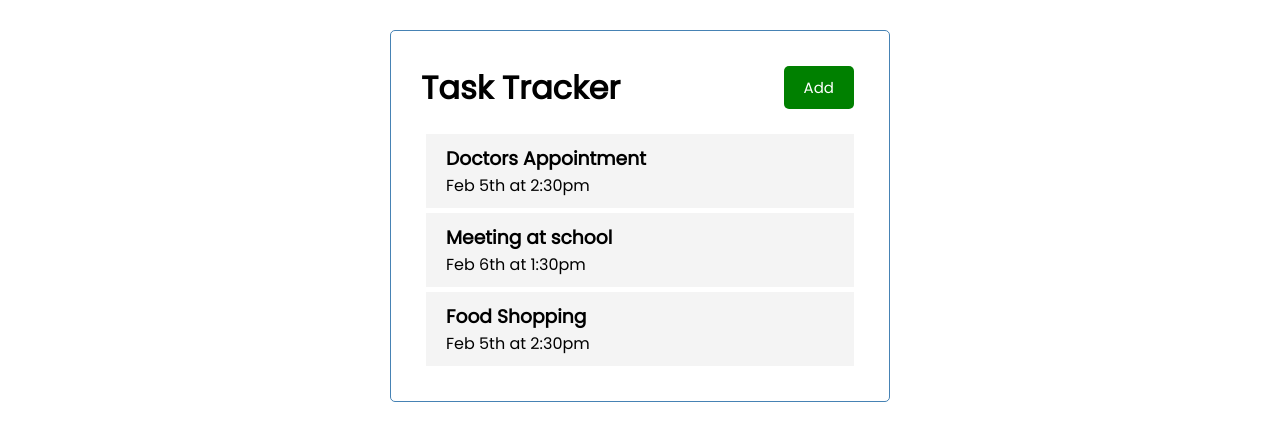
Repository: solutionsforeverything/React-task-tracker
Page: /
The author's editor kept a copy of each file at every save. The page is drawn from the files as they stood at one save, then again after a run of saves.
The browser window is 1280 px wide. The pictures show the whole page.
The project was rebuilt for these pictures with package versions that can differ from the ones it lists, and the page was loaded fresh each time.

Above is the page before, as saved 2021-02-25 16:19:41.

### src/App.js
import React from 'react';
import {useState} from 'react';
import Header from './Components/Header';
import Tasks from './Components/Tasks';
function App() {

  const [tasks,setTasks]=useState([
    {
       id:1,
       text:'Doctors Appointment',
       day:'Feb 5th at 2:30pm',
       reminder:true,
    },
    {
        id:2,
        text:'Meeting at school',
        day:'Feb 6th at 1:30pm',
        reminder:true,
     },
     {
        id:3,
        text:'Food Shopping',
        day:'Feb 5th at 2:30pm',
        reminder:false,
     },
]);

  return (
    <div className="container">
      <Header title='Task Tracker'/>
      <Tasks tasks={tasks}/>
    </div>
  );
}

export default App;

### src/Components/Header.js
import PropTypes from 'prop-types';
import Button from './Button';

const Header = ({title}) => {

    const onClick=()=>
    {
        console.log('clicked');
    }
    return (
        <header className="header">
            <h1>{title}</h1>
            <Button color="green" text="Add" onClick={onClick}/>

        </header>
     );
}

Header.defaultProps = {
    title: 'Task Tracker'
  };


Header.propTypes={
title:PropTypes.string.isRequired,
}

//const headerStyle={color:'red', backgroundColor:'yellow'};
export default Header;

### src/Components/Tasks.js
import Task from "./Task";
const Tasks = ({tasks}) => {

    return (
        <>
            {
                tasks.map((task)=>(
                    <Task key={task.id} task={task} />
                ))
            }
        </>
    )
}

export default Tasks

### src/Components/Button.js
import PropTypes from 'prop-types'

const Button = ({color,text,onClick}) => {
    return (
    <button onClick={onClick} style={{backgroundColor:color}}className="btn">{text}</button>
    );
}
Button.defaultProps={
    color:"steelblue"
}

Button.propTypes = {
    text: PropTypes.string,
    color: PropTypes.string

  }


export default Button

### src/Components/Task.js
import React from 'react';
import {FaTimes} from 'react-icons/fa';

const Task = ({task}) => {
    return (
        <div className="task">
           <h3>{task.text}</h3>
           <p>{task.day}</p>
        </div>
    )
}

export default Task

Loaded but not shown: src/index.js (common file); src/index.css (common file)

After the next 7 saves:
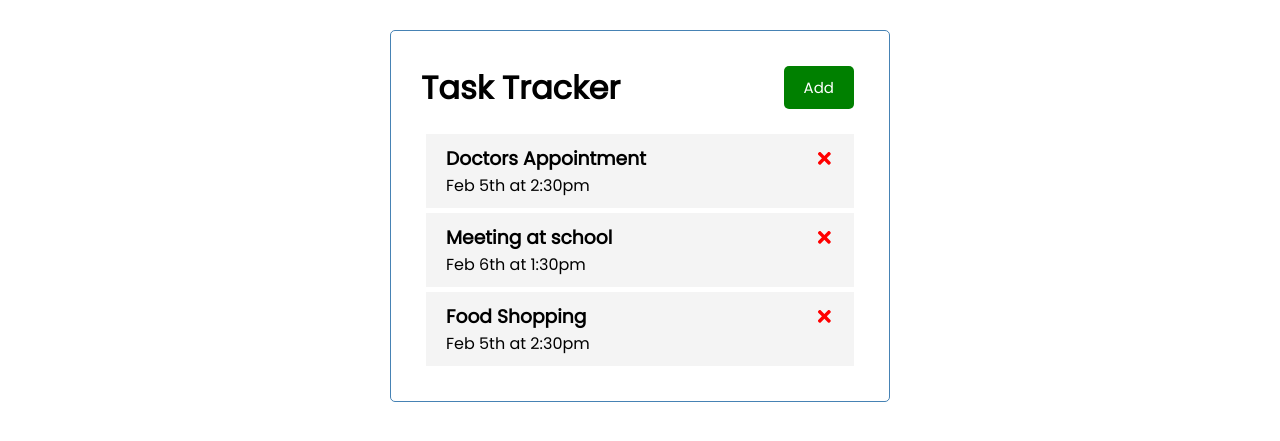
The 7 saves are shown as one change because 2 did not build or start and some came seconds apart.
The last was saved 24 s later.
--- a/src/Components/Task.js
+++ b/src/Components/Task.js
@@ -4,7 +4,7 @@ import {FaTimes} from 'react-icons/fa';
 const Task = ({task}) => {
     return (
         <div className="task">
-           <h3>{task.text}</h3>
+           <h3>{task.text}<FaTimes style={{color:'red'}}/></h3>
            <p>{task.day}</p>
         </div>
     )
